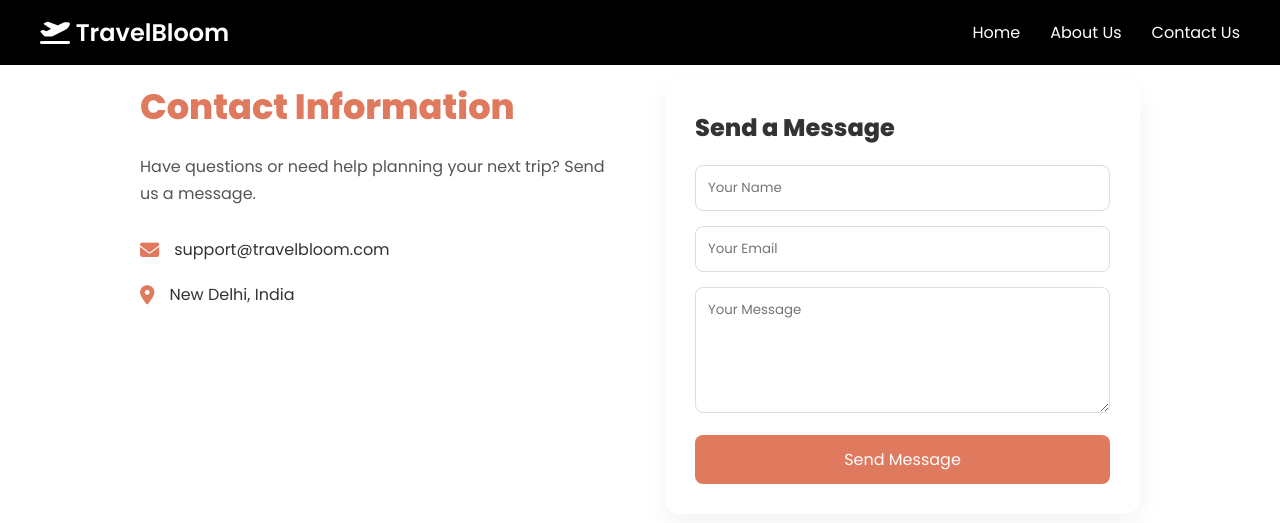
Repository: LatikaAdhikari064/TravelBloom_Project
Page: contact.html
The author's editor kept a copy of each file at every save. The page is drawn from the files as they stood at one save, then again after the next save.
The browser window is 1280 px wide. The pictures show the whole page.

Above is the page before, as saved 2026-01-08 21:18:13.

After the next save:
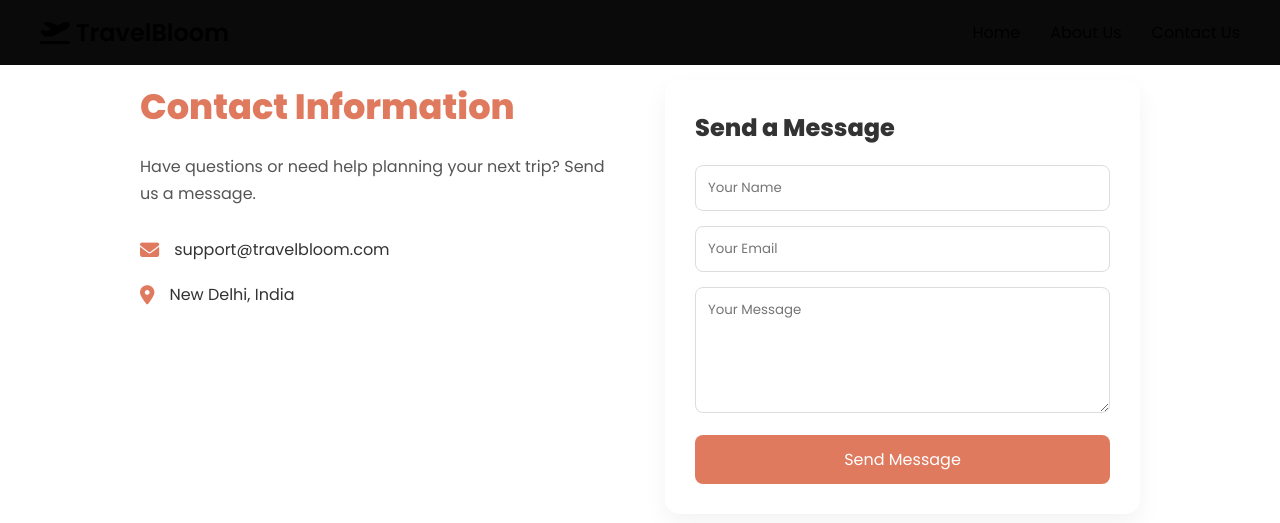
Saved 39 s later.
--- a/contact.css
+++ b/contact.css
@@ -19,7 +19,7 @@ body {
     display: flex;
     justify-content: space-between;
     align-items: center;
-    background: rgb(0, 0, 0);
+    background: rgb(10, 10, 10);
     backdrop-filter: blur(8px);
     z-index: 1000;
 }
@@ -27,7 +27,7 @@ body {
 .logo {
     font-size: 1.5rem;
     font-weight: 600;
-    color: rgb(255, 255, 255);
+    color: rgb(0, 0, 0);
 }
 
 .nav-links {
@@ -38,7 +38,7 @@ body {
 
 .nav-links a {
     text-decoration: none;
-    color: rgb(255, 255, 255);
+    color: rgb(0, 0, 0);
     font-weight: 400;
     transition: color 0.3s;
 }
